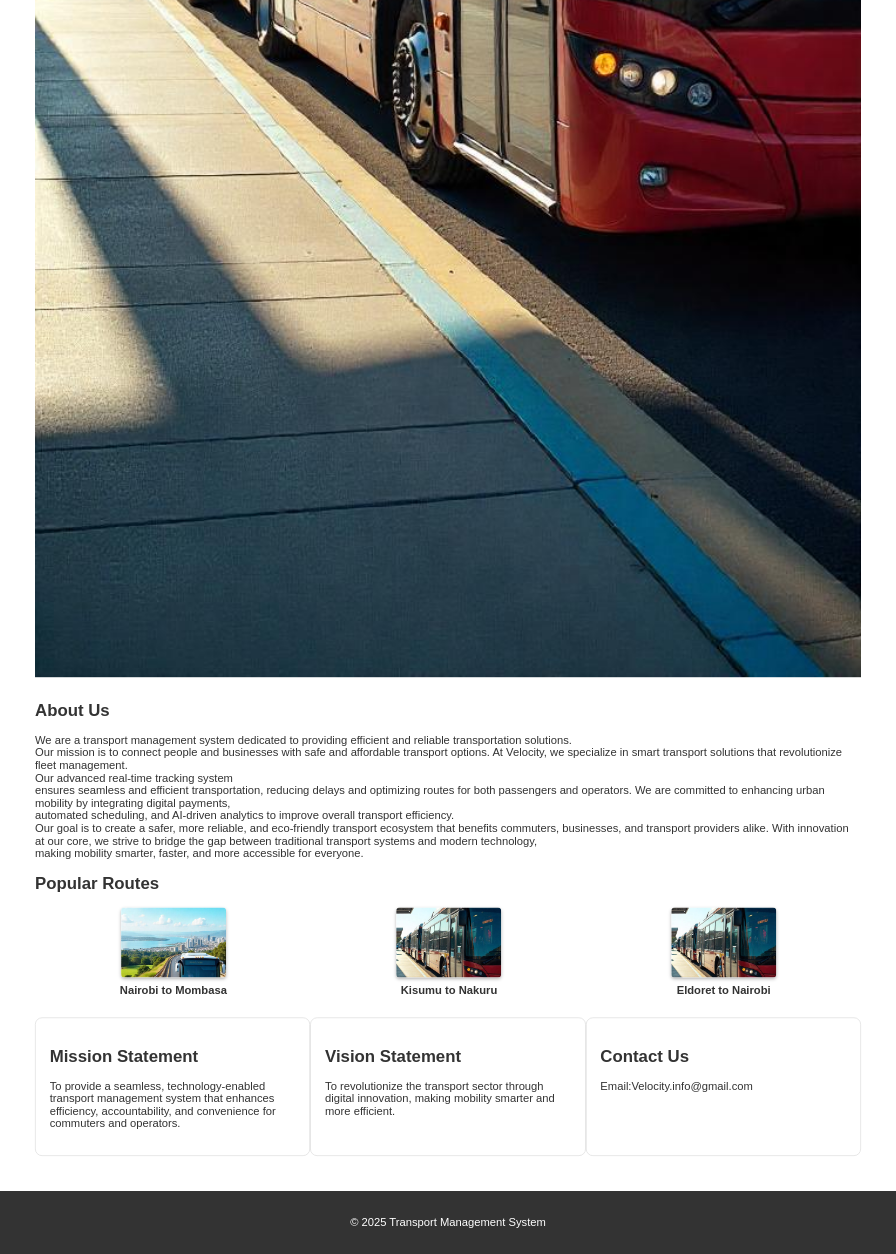
Repository: Ndegwa2/Smart-Transport-System
Page: client/landing page.html
The author's editor kept a copy of each file at every save. The page is drawn from the files as they stood at one save, then again after the next save.
The browser window is 1280 px wide. The pictures show the part of the page from y = 1758 to 3678 px (the page is 3550 px tall before and 3678 px after), at 70% of full size.

Above is the page before, as saved 2025-03-27 22:20:13.
Not found: client/style.css

### client/landing page.html
<!DOCTYPE html>
<html lang="en">
<head>
    <meta charset="UTF-8">
    <meta name="viewport" content="width=device-width, initial-scale=1.0">
    <title>Transport Management System</title>
    <link rel="stylesheet" href="style.css">
</head>
<body>
    <style>
body {
    font-family: sans-serif;
    margin: 0;
    padding: 0;
    background-color: #fff;
    color: #333;
}

header {
    background-color: #fff;
    padding: 20px;
    display: flex;
    justify-content: space-between;
    align-items: center;
    box-shadow: 0 2px 5px rgba(0, 0, 0, 0.1);
}

.logo img {
    height: 50px;
}

nav ul {
    list-style: none;
    margin: 0;
    padding: 0;
    display: flex;
}

nav li {
    margin-right: 20px;
}

nav a {
    text-decoration: none;
    color: #333;
    font-weight: bold;
    transition: color 0.3s ease;
}

nav a:hover {
    color: orange;
}

.account {
    display: flex;
    align-items: center;
}

.sign-in-out button {
    background-color: orange;
    color: #fff;
    border: none;
    padding: 10px 20px;
    margin-right: 10px;
    border-radius: 5px;
    cursor: pointer;
    transition: background-color 0.3s ease;
}

.sign-in-out button:hover {
    background-color: #d97706;
}

.account-icon img {
    height: 30px;
    border-radius: 50%;
}

main {
    padding: 50px;
    text-align: center;
}

.hero h1 {
    font-size: 3em;
    color: orange;
    margin-bottom: 20px;
}

.hero p {
    font-size: 1.2em;
    line-height: 1.5;
}

footer {
    background-color: #333;
    color: #fff;
    text-align: center;
    padding: 20px;
}

.mission-vision-contacts {
    display: flex;
    justify-content: space-around;
    margin-top: 20px;
}

.card {
    width: 30%;
    padding: 20px;
    border: 1px solid #ddd;
    border-radius: 10px;
    text-align: left;
    transition: transform 0.3s ease;
}

.card:hover {
    transform: translateY(-5px);
    box-shadow: 0 4px 8px rgba(0, 0, 0, 0.2);
}

.slideshow {
    margin-top: 30px;
}

.slideshow-container {
    display: flex;
    overflow: hidden;
}

.slide {
    width: 100%;
    flex-shrink: 0;
    transition: transform 0.5s ease-in-out;
}

.slide img {
    width: 100%;
    height: auto;
}

.about-us {
    margin-top: 30px;
    text-align: left;
}

.routes {
    margin-top: 20px;
    text-align: left;
}

.routes ul {
    list-style: none;
    padding: 0;
}

.routes li {
    margin-bottom: 10px;
}

.route-list {
    display: flex;
    justify-content: space-around;
    list-style: none;
    padding: 0;
}

.route-list li {
    text-align: center;
}

.route-list img {
    width: 150px;
    height: 100px;
    object-fit: cover;
    border-radius: 5px;
    box-shadow: 0 2px 5px rgba(0, 0, 0, 0.3);
    transition: transform 0.3s ease;
}

.route-list img:hover {
    transform: scale(1.1);
}

.route-list span {
    display: block;
    margin-top: 5px;
    font-weight: bold;
} </style>
    <header>
        <div class="logo">
            <img src="logo.png" alt="Sacco Logo">
        </div>
        <nav>
            <ul>
                <li><a href="#">Routes</a></li>
                <li><a href="#">Fleet</a></li>
                <li><a href="#">Home</a></li>
                <li><a href="#">Bookings</a></li>
            </ul>
        </nav>
        <div class="account">
            <div class="sign-in-out">
                <button>Sign In</button>
                <button>Sign Out</button>
            </div>
            <div class="account-icon">
                <img src="account.png" alt="Account">
            </div>
        </div>
    </header>
    <main>
        <section class="hero">
            <h1>Welcome to our Transport Management System</h1>
            <p>Your trusted partner for efficient and reliable transportation solutions.</p>
        </section>


        <section class="slideshow">
            <h2>Personnel, Fleet and Routes</h2>
            <div class="slideshow-container">
                <div class="slide">
                    <img src="client/freepik__the-style-is-candid-image-photography-with-natural__7047.jpeg" alt="Cashless Payment">
                </div>
                <div class="slide">
                    <img src="client/freepik__the-style-is-candid-image-photography-with-natural__7048.png" alt="Fleet">
                </div>
                <div class="slide">
                    <img src="client/freepik__upload__24644.jpeg" alt="Efficient">
                </div>
            </div>
        </section>

        <section class="about-us">
            <h2>About Us</h2>
            <p>We are a transport management system dedicated to providing efficient
                 and reliable transportation solutions. <br>
                 Our mission is to connect people and businesses with safe and affordable transport options.
                 At Velocity, we specialize in smart transport solutions that revolutionize fleet management.<br>
                  Our advanced real-time tracking system <br>ensures seamless and efficient transportation,
                  reducing delays and optimizing routes for both passengers and operators.

                 We are committed to enhancing urban mobility by integrating digital payments,
                 <br>

                automated scheduling, and AI-driven analytics to improve overall transport efficiency.
                <br>
                 Our goal is to create a safer, more reliable, and eco-friendly transport ecosystem that benefits commuters, businesses, and transport providers alike.


                 With innovation at our core, we strive to bridge the gap between traditional transport systems and modern technology, <br>
                 making mobility smarter, faster, and more accessible for everyone.</p>
        </section>

        <section class="routes">
            <h2>Popular Routes</h2>
            <ul class="route-list">
                <li>
                    <img src="client/freepik__modern-web-banner-nairobi-to-kisumu-bus-route-vibr__43513.jpeg" alt="Nairobi to Mombasa">
                    <span>Nairobi to Mombasa</span>
                </li>
                <li>
                    <img src="freepik__the-style-is-candid-image-photography-with-natural__7047.jpeg" alt="Kisumu to Nakuru">
                    <span>Kisumu to Nakuru</span>
                </li>
                <li>
                    <img src="freepik__the-style-is-candid-image-photography-with-natural__7047.jpeg" alt="Eldoret to Nairobi">
                    <span>Eldoret to Nairobi</span>
                </li>
            </ul>
        </section>

        <section class="mission-vision-contacts">
            <div class="card">
                <h2>Mission Statement</h2>
                <p>To provide a seamless, technology-enabled transport
                    management system that enhances efficiency, accountability,
                    and convenience for commuters and operators.</p>
            </div>
            <div class="card">
                <h2>Vision Statement</h2>
                <p>To revolutionize the transport sector through digital innovation,
                     making mobility smarter and more efficient.</p>
            </div>
            <div class="card">
                <h2>Contact Us</h2>
                <p>Email:Velocity.info@gmail.com</p>          </div>
        </section>


    </main>
    <footer>
        <p>&copy; 2025 Transport Management System</p>
    </footer>
</body>
</html>

After the next save:
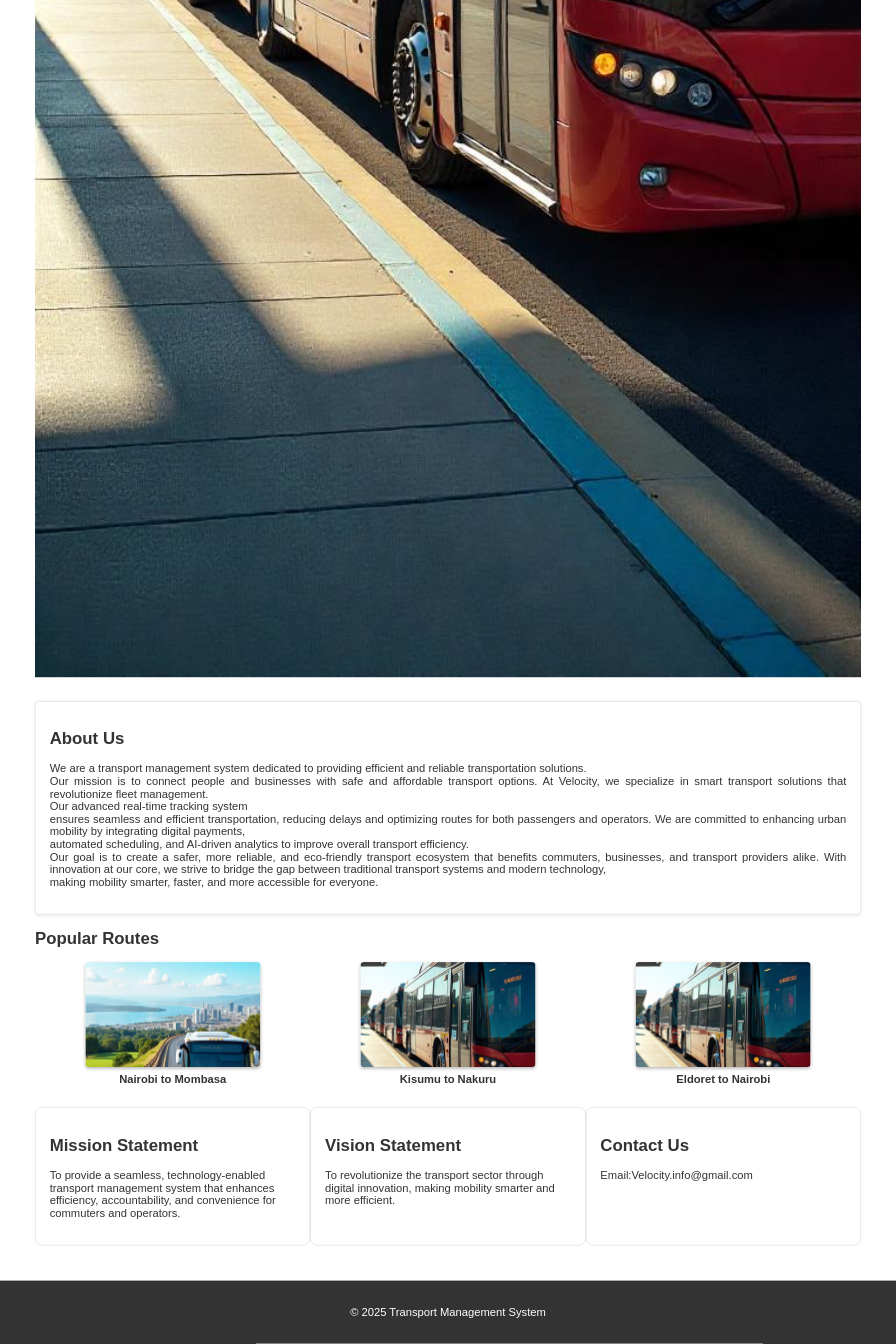
Saved 70 s later.
--- a/client/landing page.html
+++ b/client/landing page.html
@@ -141,7 +141,13 @@ footer {
 
 .about-us {
     margin-top: 30px;
-    text-align: left;
+    text-align: justify;
+    padding: 20px;
+    border: 1px solid #ddd;
+    border-radius: 5px;
+    box-shadow: 0 2px 5px rgba(0, 0, 0, 0.1);
+    width: 100%;
+    box-sizing: border-box;
 }
 
 .routes {
@@ -170,8 +176,8 @@ footer {
 }
 
 .route-list img {
-    width: 150px;
-    height: 100px;
+    width: 250px;
+    height: 150px;
     object-fit: cover;
     border-radius: 5px;
     box-shadow: 0 2px 5px rgba(0, 0, 0, 0.3);
